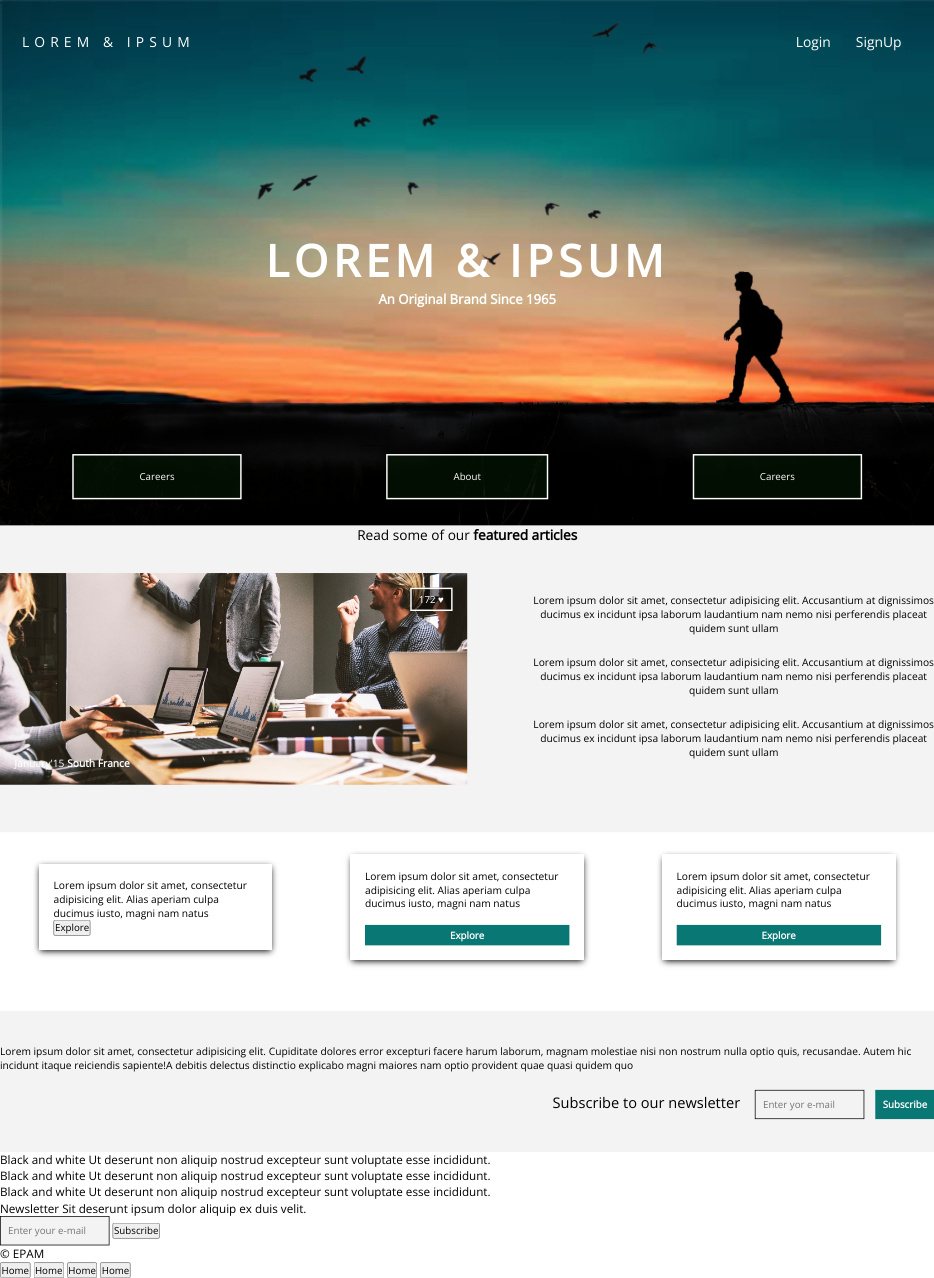
Repository: M1shkaBear/FLX
Page: FLX_homework_4/homework/index.html
The author's editor kept a copy of each file at every save. The page is drawn from the files as they stood at one save, then again after the next save.
The browser window is 1280 px wide. The pictures show the whole page, at 73% of full size.

Above is the page before, as saved 2019-01-29 23:23:04.

### FLX_homework_4/homework/index.html
<!DOCTYPE html>
<html lang="en">
  <head>
    <meta charset="UTF-8" />
    <meta name="viewport" content="width=device-width, initial-scale=1.0" />
    <meta http-equiv="X-UA-Compatible" content="ie=edge" />
    <title>Document</title>
    <link
      href="https://fonts.googleapis.com/css?family=Open+Sans"
      rel="stylesheet"
    />
    <link href="css/style.css" rel="stylesheet" />
  </head>
  <body>
    <header class="header">
      <section class="topHeader">
        <section class="words">Lorem &amp; ipsum</section>
        <section class="logbuttons">
          <button class="logbtn">Login</button>
          <button class="subtn">SignUp</button>
        </section>
      </section>
      <section class="heads">
        <section class="nameHeader"><h1>Lorem &amp; ipsum</h1></section>
        <section class="addWords">
          <h3>An Original Brand Since 1965</h3>
        </section>
      </section>
      <section class="btnContainer">
        <button class="btns">Careers</button>
        <button class="btns">About</button>
        <button class="btns">Careers</button>
      </section>
    </header>

    <main class="main">
      <section id="frstarticle">
        <h3>Read some of our <b>featured articles</b></h3>
        <div class="information">
          <div class="photo">
            <p>January'15 <b>South France</b></p>
            <button class="like">172 &#x2665;</button>
          </div>
          <div class="paragers">
            <p>
              Lorem ipsum dolor sit amet, consectetur adipisicing elit.
              Accusantium at dignissimos ducimus ex incidunt ipsa laborum
              laudantium nam nemo nisi perferendis placeat quidem sunt ullam
            </p>
            <p>
              Lorem ipsum dolor sit amet, consectetur adipisicing elit.
              Accusantium at dignissimos ducimus ex incidunt ipsa laborum
              laudantium nam nemo nisi perferendis placeat quidem sunt ullam
            </p>
            <p>
              Lorem ipsum dolor sit amet, consectetur adipisicing elit.
              Accusantium at dignissimos ducimus ex incidunt ipsa laborum
              laudantium nam nemo nisi perferendis placeat quidem sunt ullam
            </p>
          </div>
        </div>
      </section>
      <div id="second">
        <div class="things">
          <div class="this">
            <p>
              Lorem ipsum dolor sit amet, consectetur adipisicing elit. Alias
              aperiam culpa ducimus iusto, magni nam natus
            </p>
            <button class="thisbtn">Explore</button>
          </div>
          <div class="this">
            <p>
              Lorem ipsum dolor sit amet, consectetur adipisicing elit. Alias
              aperiam culpa ducimus iusto, magni nam natus
            </p>
            <button class="item-btn">Explore</button>
          </div>
          <div class="this">
            <p>
              Lorem ipsum dolor sit amet, consectetur adipisicing elit. Alias
              aperiam culpa ducimus iusto, magni nam natus
            </p>
            <button class="item-btn">Explore</button>
          </div>
        </div>
      </div>
      <div id="subscribe">
        <div class="wrapper">
          <div class="subscribe-text">
            <p>
              Lorem ipsum dolor sit amet, consectetur adipisicing elit.
              Cupiditate dolores error excepturi facere harum laborum, magnam
              molestiae nisi non nostrum nulla optio quis, recusandae. Autem hic
              incidunt itaque reiciendis sapiente!A debitis delectus distinctio
              explicabo magni maiores nam optio provident quae quasi quidem quo
            </p>
          </div>
          <div class="subscribe-form">
            <label
              >Subscribe to our <span class="text-bold">newsletter</span>
              <input type="email" placeholder="Enter yor e-mail" />
            </label>
            <button class="btn-subscribe">Subscribe</button>
          </div>
        </div>
      </div>
    </main>

    <footer class="footer">
      <section class="about">
        <section class="paragraphs">
          <p>
            Black and white Ut deserunt non aliquip nostrud excepteur sunt
            voluptate esse incididunt.
          </p>
          <p>
            Black and white Ut deserunt non aliquip nostrud excepteur sunt
            voluptate esse incididunt.
          </p>
          <p>
            Black and white Ut deserunt non aliquip nostrud excepteur sunt
            voluptate esse incididunt.
          </p>
        </section>
        <section class="news">
          <p>Newsletter Sit deserunt ipsum dolor aliquip ex duis velit.</p>
          <form class="subscribe">
            <input
              class="emailvpiska"
              type="email"
              placeholder="Enter your e-mail"
            />
            <button class="button">Subscribe</button>
          </form>
        </section>
      </section>

      <section class="footer-menu">
        <p>&copy; EPAM</p>

        <section class="footer-navigation">
          <button class="btn">Home</button> <button class="btn">Home</button>
          <button class="btn">Home</button> <button class="btn">Home</button>
        </section>
      </section>
    </footer>
  </body>
</html>

### FLX_homework_4/homework/css/style.css
* {
  padding: 0;
  margin: 0;
  box-sizing: border-box;
  font-family: "Open Sans", sans-serif;
}
.header {
  background-image: url("../img/sample2.jpg");
  background-size: cover;
  height: 100vh;
}
.topHeader {
  display: flex;
  justify-content: space-between;
  align-items: center;
  padding: 30px;
}
.logbtn,
.subtn {
  color: white;
  border: 0px;
  background-color: Transparent;
  cursor: pointer;
  justify-content: space-between;
  font-size: 19px;
  padding: 15px;
}

.words {
  color: white;
  font-size: 19px;
  letter-spacing: 7px;
  text-transform: uppercase;
}
.heads {
  display: flex;
  flex-direction: column;
  align-items: center;
  padding: 200px;
}
.btnContainer {
  display: flex;
  justify-content: space-around;
}
.btns {
  border: 2px solid white;
  cursor: pointer;
  background: rgba(6, 36, 7, 0.39);
  padding: 20px 90px;
  color: white;
}
.nameHeader h1 {
  text-transform: uppercase;
  color: white;
  letter-spacing: 7px;
  font-size: 60px;
}
.addWords h3 {
  color: white;
  font-size: 18px;
}

main #frstarticle {
  background-color: #f3f3f3;
  padding-bottom: 65px;
}
main #frstarticle h3 {
  text-align: center;
  font-weight: 100;
  margin-bottom: 40px;
}
main #frstarticle .information {
  display: flex;
  justify-content: space-between;
  align-items: center;
}
main #frstarticle .information .photo {
  position: relative;
  width: 50%;
  height: 290px;
  background: url(../img/sample.jpg) no-repeat top/cover;
  display: flex;
  align-items: flex-end;
  padding: 20px;
}
main #frstarticle .information .photo p {
  color: #fff;
  font-weight: 100;
  font-size: 14px;
}
main #frstarticle .information .photo .like {
  position: absolute;
  top: 20px;
  right: 20px;
  border: 2px solid #fff;
  color: #fff;
  background-color: rgba(0, 0, 0, 0.5);
  padding: 5px 10px;
  cursor: pointer;
}
main #frstarticle .information .paragers {
  text-align: center;
  width: 50%;
  padding: 20px 0 0 90px;
  font-size: 14px;
}
main #frstarticle .information .paragers p {
  margin-bottom: 5%;
}
main .things {
  padding: 30px 0 70px 0;
  display: flex;
  justify-content: space-around;
  align-items: center;
}
main .things .this {
  width: 320px;
  padding: 20px;
  font-size: 14px;
  box-shadow: 0 3px 9px -2px;
}
main .things .this .item-btn {
  width: 100%;
  border: none;
  color: #fff;
  background-color: #097774;
  padding: 5px;
  font-weight: bold;
  margin-top: 20px;
  cursor: pointer;
}
main #subscribe {
  background-color: #f3f3f3;
  padding: 45px 0;
}
main #subscribe .subscribe-text {
  font-size: 14px;
}
main #subscribe .subscribe-form {
  display: flex;
  justify-content: flex-end;
  padding-top: 25px;
}
main #subscribe .subscribe-form label {
  font-size: 20px;
}
main #subscribe .subscribe-form input {
  margin: 0 15px;
}

input {
  width: 150px;
  padding: 10px;
  border: 1px solid #000;
  background-color: #f3f3f3;
}

.btn-subscribe {
  border: none;
  color: #fff;
  background-color: #097774;
  padding: 10px;
  font-weight: bold;
  cursor: pointer;
}

After the next save:
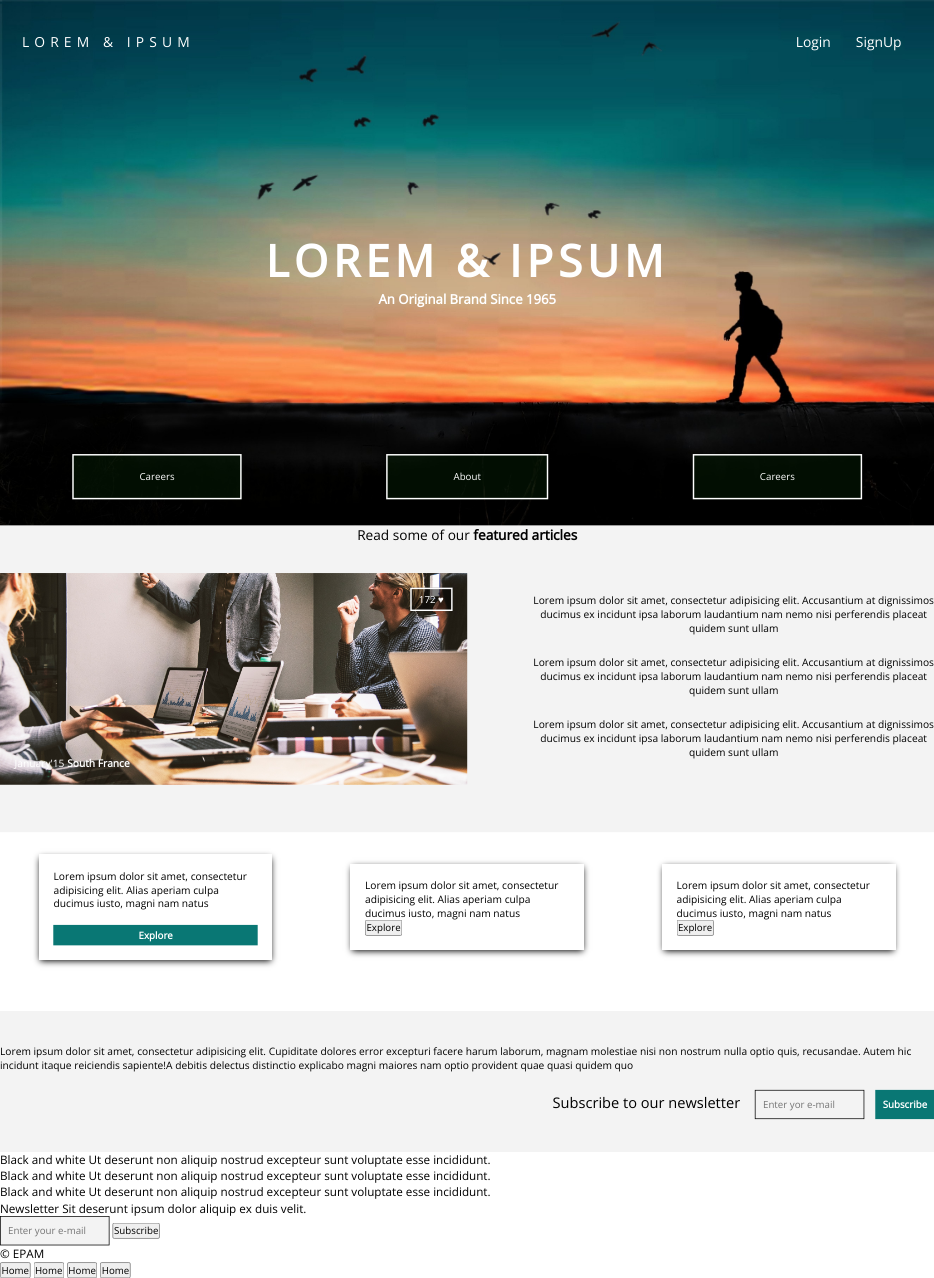
Saved 9 s later.
--- a/FLX_homework_4/homework/css/style.css
+++ b/FLX_homework_4/homework/css/style.css
@@ -119,7 +119,7 @@ main .things .this {
   font-size: 14px;
   box-shadow: 0 3px 9px -2px;
 }
-main .things .this .item-btn {
+main .things .this .thisbtn {
   width: 100%;
   border: none;
   color: #fff;
